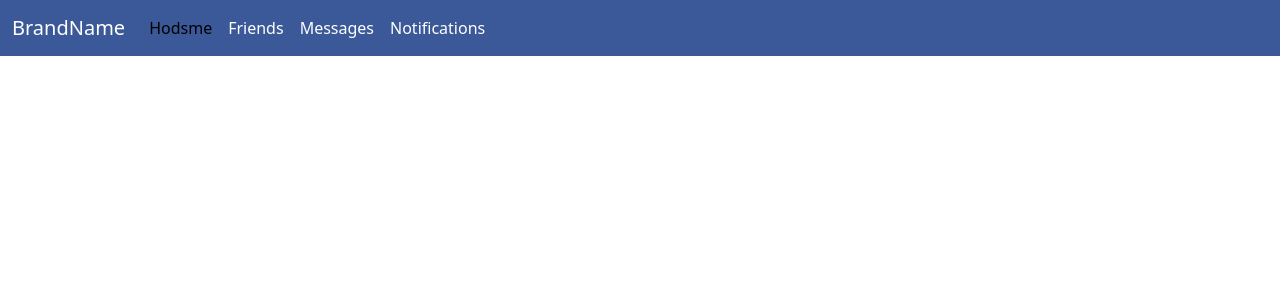
Repository: BoguszKonrady/FORUM
Page: http://localhost/app/views/layout/navbar.php
These files come from the project's save history. The page is drawn as it stood at one moment and after the next save; the edit follows.
The browser window is 1280 px wide. The pictures show the whole page.
The page is run by PHP 8.4 with error messages shown; the project is at /var/www/html/.

Above is the page before, as saved 2024-06-06 20:54:14.

After the next save:
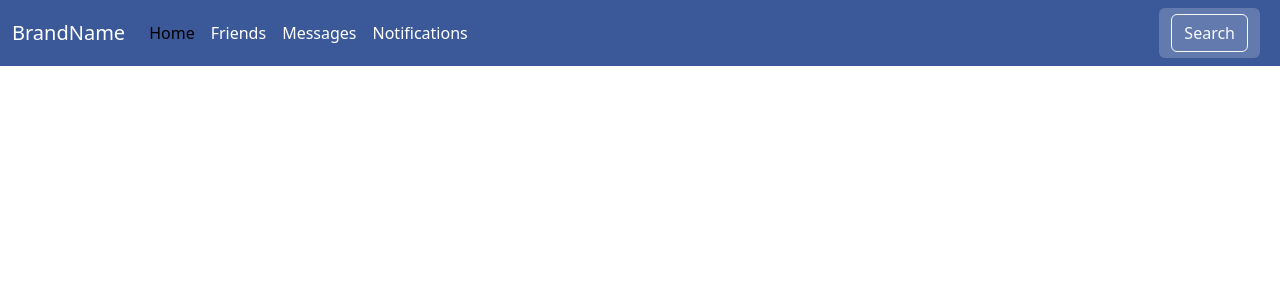
Saved 14 s later.
--- a/app/views/layout/navbar.php
+++ b/app/views/layout/navbar.php
@@ -31,11 +31,9 @@
             <span class="navbar-toggler-icon"></span>
         </button>
         <div class="collapse navbar-collapse" id="navbarNav">
-
-            <form class="d-flex" role="search">
             <ul class="navbar-nav me-auto mb-2 mb-lg-0">
                 <li class="nav-item">
-                    <a class="nav-link active" aria-current="page" href="#">Hodsme</a>
+                    <a class="nav-link active" aria-current="page" href="#">Home</a>
                 </li>
                 <li class="nav-item">
                     <a class="nav-link" href="#">Friends</a>
@@ -46,7 +44,10 @@
                 <li class="nav-item">
                     <a class="nav-link" href="#">Notifications</a>
                 </li>
-            </ul
+            </ul>
+            <form class="d-flex" role="search">
+                <iut class="form-control me-2" type="search" placeholder="Search" aria-label="Search">
+                <button class="btn btn-outline-light" type="submit">Search</button>
             </form>
         </div>
     </div>
